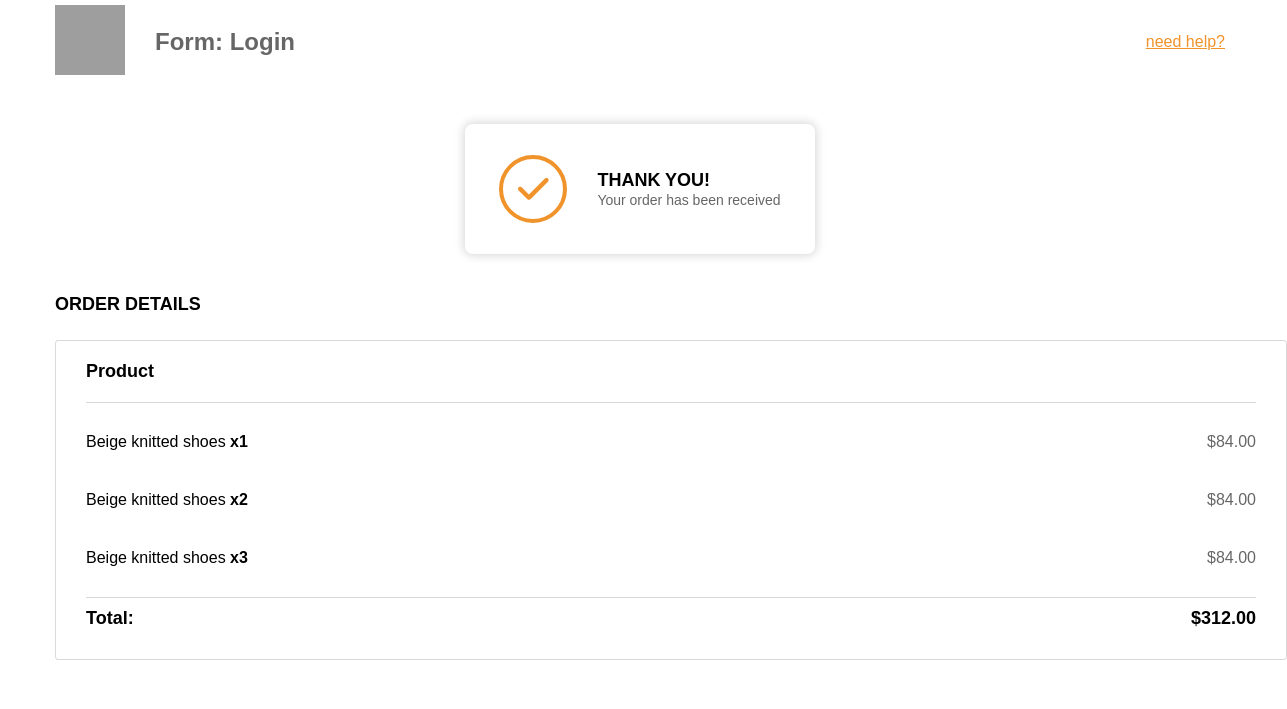
Repository: NguyenDucHung20002/project-homev1
Page: checkout/checkout.html
These files come from the project's save history. The page is drawn as it stood at one moment and after the next save; the edit follows.
The browser window is 1280 px wide. The page is 1287 px wide, so the pictures cover 1287 px, including what lies to the right of the window. The pictures show the whole page.
Pictures or frames that could not be fetched are drawn as grey boxes. The style sheet was rebuilt from its Sass, Less or Tailwind sources for each picture, by a compiler version that may differ from the author's.

Above is the page before, as saved 2022-09-20 10:24:47.

After the next save:
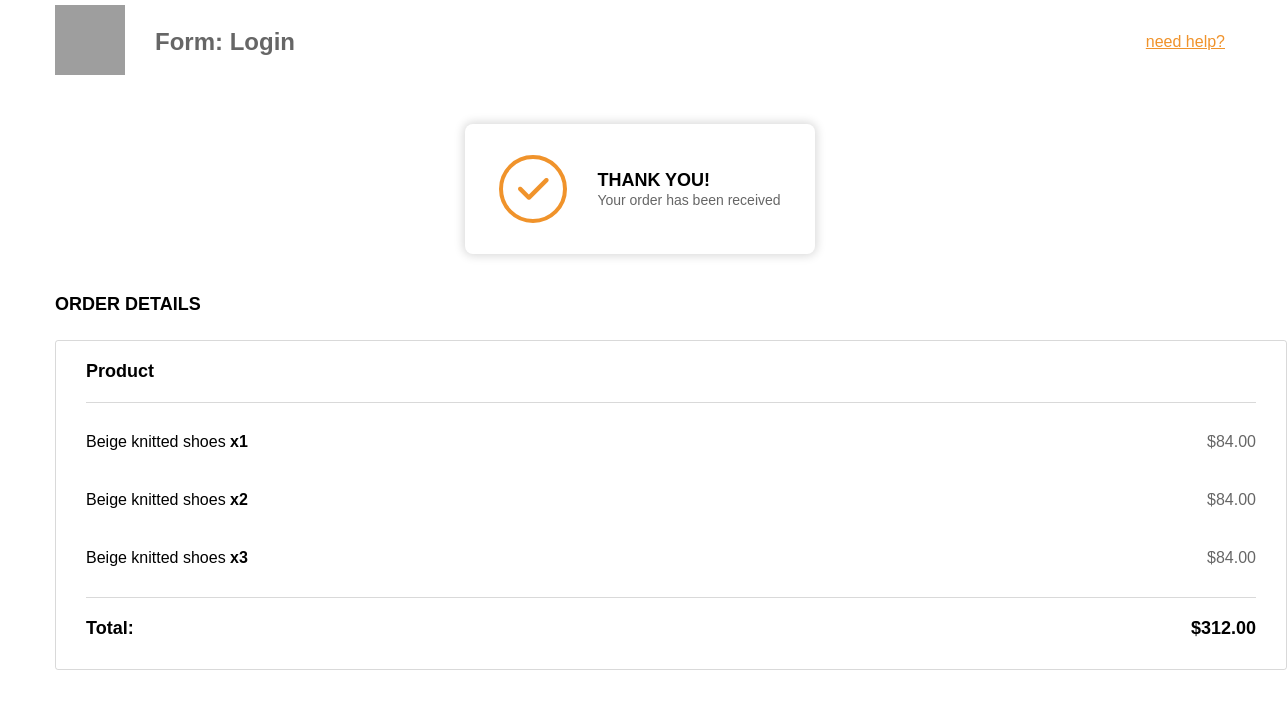
Saved 9 s later.
--- a/checkout/checkout.scss
+++ b/checkout/checkout.scss
@@ -118,7 +118,7 @@ header {
         display: flex;
         align-items: center;
         justify-content: space-between;
-        padding: 10px 0px 10px;
+        padding: 20px 0px 10px;
         border-top: 0.5px solid rgba(0, 0, 0, 0.15);
         font-weight: bold;
         color: black;
